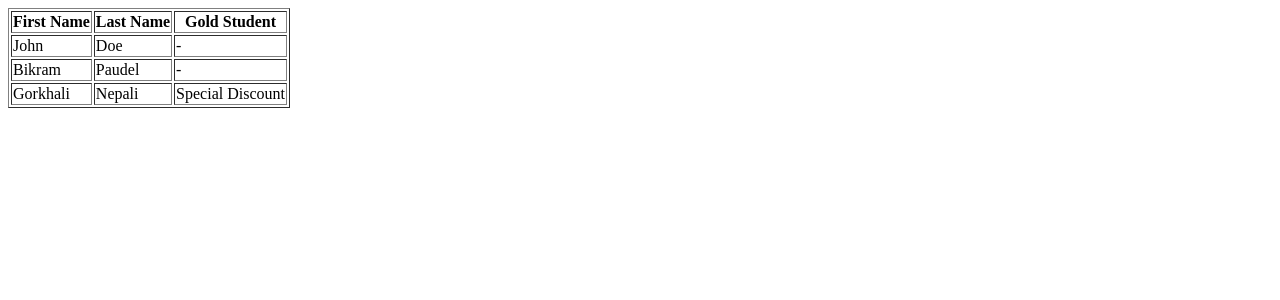
Repository: bpaudel2/jsp-and-servlets-demo
Page: http://localhost/tagDemo/choose-student-test.jsp
An editor plug-in stored every save of this project. The page is shown before and after the next save, followed by the edit.
The browser window is 1280 px wide. The pictures show the whole page.
The page is served by Tomcat 9.

Above is the page before, as saved 2019-05-26 22:27:07.

After the next save:
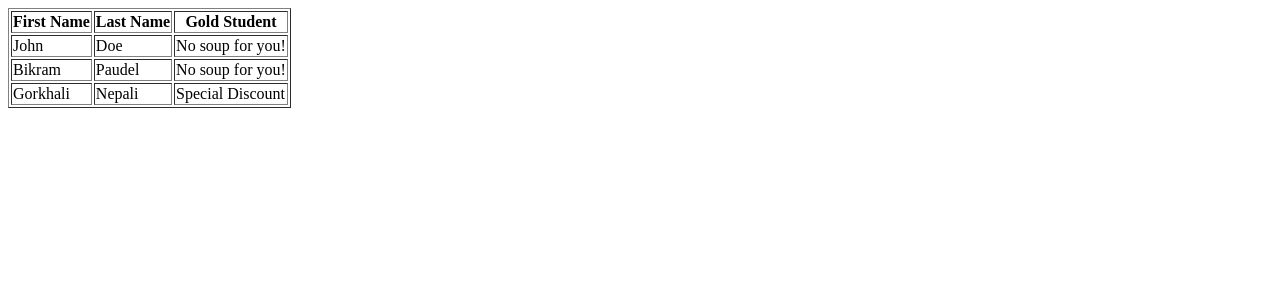
Saved 4 min 12 s later.
--- a/tagDemo/WebContent/choose-student-test.jsp
+++ b/tagDemo/WebContent/choose-student-test.jsp
@@ -24,12 +24,15 @@
 				<td>${tempStudent.firstName}</td>
 				<td>${tempStudent.lastName}</td>
 				<td>
-					<c:if test="${tempStudent.goldStudent}" >
-						Special Discount
-					</c:if>
-					<c:if test="${ not tempStudent.goldStudent}" >
-						-
-					</c:if>
+					<c:choose>
+
+						<c:when test="${tempStudent.goldStudent}" >
+							Special Discount
+						</c:when>
+						<c:otherwise>
+							No soup for you!
+						</c:otherwise>
+					</c:choose>
 				</td>
 			</tr>
 		</c:forEach>
